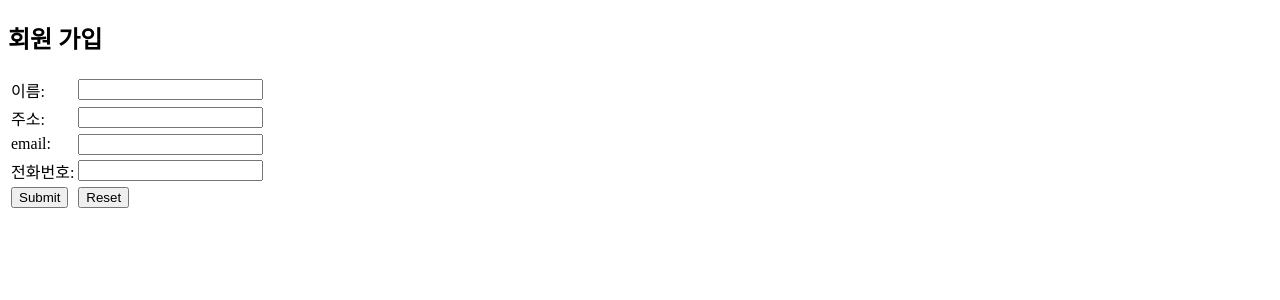
Repository: kdh2212/KDT_code
Page: http://localhost/20250804Web/regMemberForm.jsp
An editor plug-in stored every save of this project. The page is shown before and after the next save, followed by the edit.
The browser window is 1280 px wide. The pictures show the whole page.
The page is served by Tomcat 9.

Above is the page before, as saved 2025-08-04 07:26:23.

After the next save:
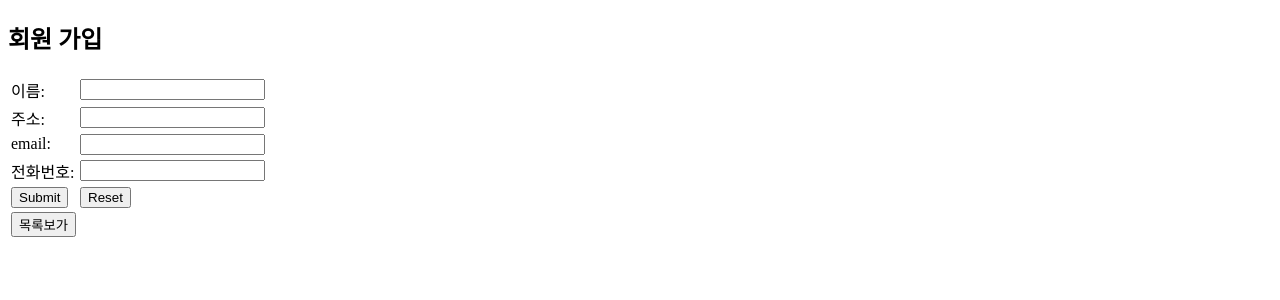
Saved 9 s later.
--- a/20250804Web/src/main/webapp/regMemberForm.jsp
+++ b/20250804Web/src/main/webapp/regMemberForm.jsp
@@ -14,7 +14,7 @@
 <tr><td>주소:</td><td><input type="text" name="addr"/></td></tr>
 <tr><td>email:</td><td><input type="text" name="email"/></td></tr>
 <tr><td>전화번호:</td><td><input type="text" name="phone"/></td></tr>
-<tr><td><input type= "submit"/></td><td><input type="reset"/></td></tr>
+<tr><td><input type= "submit"/></td><td><input type="reset"/></td></tr><td><input type= "button" value = "목록보가"/></td>
 </form>
 </table>
 </body>
